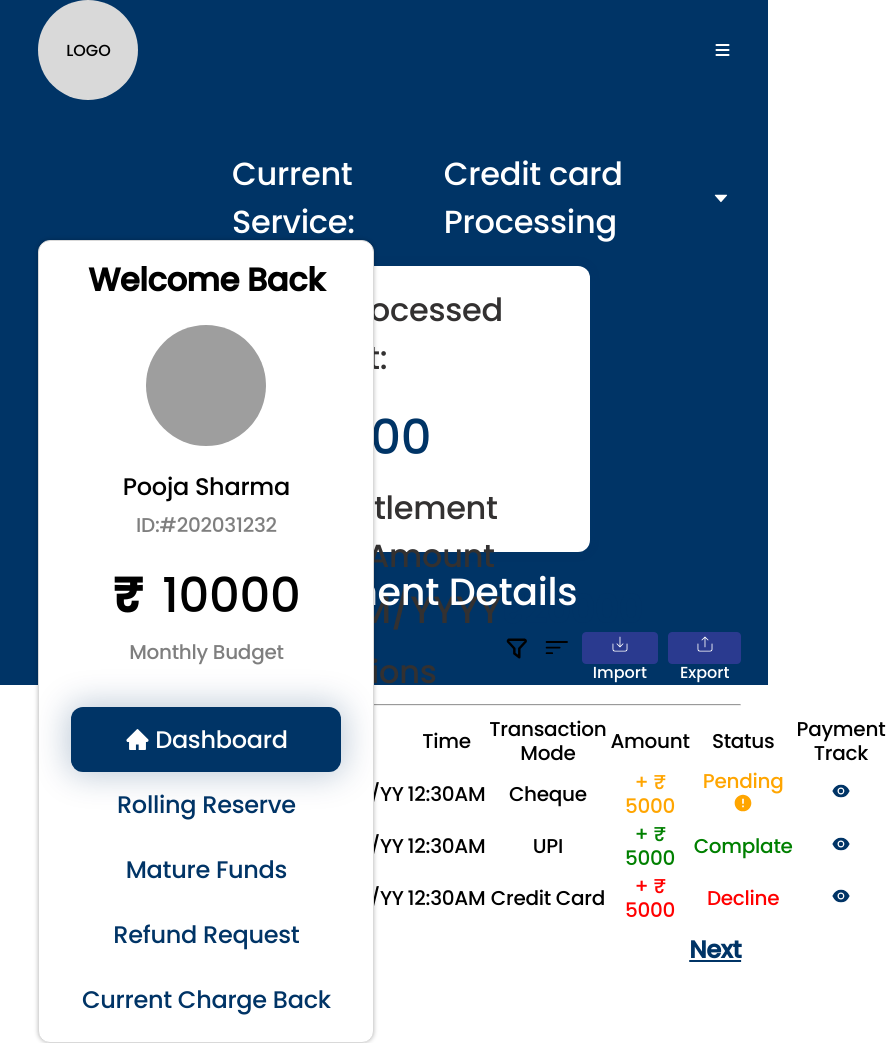
Repository: FlyweisReact/Prashant
Page: /dashboard
These files come from the project's save history. The page is drawn as it stood at one moment and after the next save; the edit follows.
The browser window is 768 px wide. The page is 888 px wide, so the pictures cover 888 px, including what lies to the right of the window. The pictures show the whole page.
Pictures or frames that could not be fetched are drawn as grey boxes. Some web libraries are served in a nearby version. The project was rebuilt for these pictures with package versions that can differ from the ones it lists, and the page was loaded fresh each time. Also part of the build but not shown: src/Pages/CryptoPayment.jsx, src/Pages/CurrentCharge.jsx, src/Styles/Login.module.css, src/Components/Login/LoginFirstSection.jsx, src/Components/Login/LoginMainSection.jsx, src/Pages/Login.jsx, src/Pages/MatureFund.jsx, src/Pages/OpenBanking.jsx and 12 more.

Above is the page before, as saved 2023-03-23 16:37:12.

### public/index.html
<!DOCTYPE html>
<html lang="en">
  <head>
    <meta charset="utf-8" />
    <link rel="icon" href="%PUBLIC_URL%/favicon.ico" />
    <meta name="viewport" content="width=device-width, initial-scale=1" />
    <meta name="theme-color" content="#000000" />
    <meta
      name="description"
      content="Web site created using create-react-app"
    />
    <link rel="apple-touch-icon" href="%PUBLIC_URL%/logo192.png" />
    <link rel="manifest" href="%PUBLIC_URL%/manifest.json" />
    <title>React App</title>
  </head>
  <body>
    <noscript>You need to enable JavaScript to run this app.</noscript>
    <div id="root"></div>
  </body>
  <style>
    @import url("https://fonts.googleapis.com/css2?family=Lilita+One&family=PT+Sans&family=Poppins:wght@500&display=swap");
  </style>
  <script src="https://kit.fontawesome.com/b533b351e4.js" crossorigin="anonymous"></script>
</html>

### src/App.css
/** @format */

.App {
  text-align: center;
}

.App-logo {
  height: 40vmin;
  pointer-events: none;
}
.font-poppins {
  font-family: "Poppins";
}

@media (prefers-reduced-motion: no-preference) {
  .App-logo {
    animation: App-logo-spin infinite 20s linear;
  }
}

.App-header {
  background-color: #282c34;
  min-height: 100vh;
  display: flex;
  flex-direction: column;
  align-items: center;
  justify-content: center;
  font-size: calc(10px + 2vmin);
  color: white;
}

.App-link {
  color: #61dafb;
}

@keyframes App-logo-spin {
  from {
    transform: rotate(0deg);
  }
  to {
    transform: rotate(360deg);
  }
}

/* Media Query */
@media (max-width: 780px) {
  .Login_MainDiv__AWrd2 {
    display: block !important;
  }
  .Login_MainDiv__AWrd2 > div {
    width: 100% !important;
    height: 700px !important;
  }
  .Login_LoginMainSection__Yyq5T > div {
    width: 100% !important;
    border-radius: 0px !important;
    box-shadow: none !important;
  }

  .Register_RegisterMainDiv__Hok-C {
    display: block !important;
    width: 100% !important;
  }

  .Register_RegisterFirstSection__0bCb6 > p {
    text-align: center;
    display: block;
    width: 500px;
  }

  .myHr {
    max-width: 400px !important;
    margin: auto !important;
    display: block !important;
  }
  .smallImage {
    width: 100% !important;
  }
  .Register_RegisterMainDiv__Hok-C > div:first-child {
    width: 100% !important;
  }
  .Register_RegisterMainDiv__Hok-C > div:last-child {
    width: 100% !important;
  }
  .Register_InputBoxMain__6Dvtf {
    margin-left: 60px;
  }

  .Register_RegisterTitle__dGsqQ {
    justify-content: center;
  }

  .RegisterTwo_RegisterMainDiv__Oc9\+U {
    display: block !important;
  }
  .RegisterTwo_RegisterMainDiv__Oc9\+U > div:first-child {
    width: 100% !important;
  }

  .RegisterTwo_RegisterMainDiv__Oc9\+U > div:last-child {
    width: 100% !important;
  }
  .sideBarNew {
    display: block !important;
  }
}

.sideBarNew {
  display: none;
}
.sideBarNew i {
  color: #fff;
}

### src/Routes/AllRoutes.jsx
import React from "react";
import { Route, Routes } from "react-router-dom";
import { CryptoPayment } from "../Pages/CryptoPayment";
import { CurrentCharge } from "../Pages/CurrentCharge";
import { Dashboard } from "../Pages/Dashboard";
import { Login } from "../Pages/Login";
import { MatureFund } from "../Pages/MatureFund";
import { OpenBanking } from "../Pages/OpenBanking";
import { OtpPage } from "../Pages/OtpPage";
import { Profile } from "../Pages/Profile";
import { RefundRequest } from "../Pages/RefundRequest";
import { Register } from "../Pages/Register";
import { RegisterTwo } from "../Pages/RegisterTwo";
import { RollingReserve } from "../Pages/RollingReserve";

export const AllRoutes = () => {
  return (
    <Routes>
      <Route path="/" element={<Login />} />
      <Route path="/verify-otp" element={<OtpPage />} />
      <Route path="/dashboard" element={<Dashboard />} />
      <Route path="/register" element={<Register />} />
      <Route path="/detail-register" element={<RegisterTwo />} />
      <Route path="/profile" element={<Profile />} />
      <Route path="/rolling-reserve" element={<RollingReserve />} />
      <Route path="/mature-fund" element={<MatureFund />} />
      <Route path="/refund-request" element={<RefundRequest />} />
      <Route path="/current-charge" element={<CurrentCharge />} />
      <Route path="open-banking-service" element={<OpenBanking />} />
      <Route path="/crypto-payment-proccessing" element={<CryptoPayment />} />
    </Routes>
  );
};

### src/Components/Dashboard/UserInfoPopUp.jsx
import React, { useState } from "react";
import styles from "../../Styles/Dashboard.module.css";
import { MdNotificationAdd } from "react-icons/md";
import { FaUserCircle } from "react-icons/fa";
import { IoSettingsOutline } from "react-icons/io5";
import { useNavigate } from "react-router-dom";
import { NotificationModal } from "../Notification/NotificationModal";
export const UserInfoPopUp = () => {
  const [openModal, setOpenModal] = useState(false);
  const navigate = useNavigate();
  const HandleModal = () => {
    setOpenModal(!openModal);
  };
  return (
    <div className={styles.logoSection}>
      <div onClick={() => navigate("/dashboard")} className={styles.Logo}>
        <p>LOGO</p>
      </div>
      <NotificationModal openModal={openModal} HandleModal={HandleModal} />
      <div className="sideBarNew">
      <i class="fa-solid fa-bars"></i>
      </div>
      <div className={styles.InfoPanel}>
        <div>
          <MdNotificationAdd
            size={35}
            color="#003466"
            style={{ cursor: "pointer" }}
            onClick={HandleModal}
          />
          <FaUserCircle
            size={35}
            color="#003466"
            style={{ cursor: "pointer" }}
            onClick={() => navigate("/profile")}
          />
          <IoSettingsOutline
            size={35}
            color="#003466"
            style={{ cursor: "pointer" }}
          />
        </div>
      </div>
    </div>
  );
};

### src/Components/SideBar.jsx
import React from "react";
import { AiFillHome } from "react-icons/ai";
import { Link, useLocation } from "react-router-dom";
import styles from "../Styles/SideBar.module.css";
export const SideBar = () => {
  const { pathname } = useLocation();
  return (
    <div className={styles.SideBarMain}>
      <h1>Welcome Back</h1>
      <div>
        <div>
          <img
            src="https://th.bing.com/th/id/OIP.2i5UaEHaQM3PYAYXQyM1AAAAAA?pid=ImgDet&rs=1"
            alt="img"
          />
          <h1>Pooja Sharma</h1>
          <p>ID:#202031232</p>
          <div className={styles.TotalBudgetDiv}>
            <h1>&#x20b9;</h1>
            <h1>10000</h1>
          </div>
          <p>Monthly Budget</p>
        </div>
      </div>
      <div className={styles.LinkBox}>
        <Link to={"/dashboard"}>
          <div
            className={
              pathname === "/dashboard" ? styles.active : styles.unactive
            }
          >
            <AiFillHome size={25} />
            <p>Dashboard</p>
          </div>
        </Link>
        <Link to={"/rolling-reserve"}>
          <div
            className={
              pathname === "/rolling-reserve" ? styles.active : styles.unactive
            }
          >
            <p>Rolling Reserve</p>
          </div>
        </Link>
        <Link to={"/mature-fund"}>
          <div
            className={
              pathname === "/mature-fund" ? styles.active : styles.unactive
            }
          >
            <p>Mature Funds</p>
          </div>
        </Link>
        <Link to={"/refund-request"}>
          <div
            className={
              pathname === "/refund-request" ? styles.active : styles.unactive
            }
          >
            <p>Refund Request</p>
          </div>
        </Link>
        <Link to={"/current-charge"}>
          <div
            className={
              pathname === "/current-charge" ? styles.active : styles.unactive
            }
          >
            <p>Current Charge Back</p>
          </div>
        </Link>
      </div>
    </div>
  );
};

### src/Components/TotalAmountSection.jsx
import React from "react";
import styles from "../Styles/TotalAmountSection.module.css";
export const TotalAmountSection = () => {
  return (
    <div className={styles.MainDiv}>
      <h1>Total Processed Amount:</h1>
      <div className={styles.TotalBudgetDiv}>
        <h1>&#x20b9;</h1>
        <h1>10000</h1>
      </div>
      <h1>Last Settlement Date & Amount</h1>
      <div className={styles.DateSection}>
        <div>
          <p>DD/MM/YYYY</p>
          <h2>&#x20b9;{20000}</h2>
        </div>
      </div>
    </div>
  );
};

### src/Styles/Dashboard.module.css
.Main{
width: 100%;
height: 685px;
background: #003466;
position: relative;
}
.topDiv{
    width: 90%;
    margin:auto;

}
.logoSection{
    width: 100%;
    display: flex;
    align-items: center;
    justify-content: space-between;
}
.Logo{
    display: flex;
    cursor: pointer;
    justify-content: center;
    align-items: center;
    width: 135px;
height: 135px;
margin-top: 63px;
background: #D9D9D9;
border-radius: 50%;
}

.InfoPanel{
    margin-top: 63px;
    width: 85%;
height: 129px;
background: #FFFFFF;
border-radius: 12px;
display: flex;
justify-content: flex-end;
align-items: center;
}
.InfoPanel>div{
    display: flex;
    gap: 30px;
    margin: 20px;
}
.TotalAmountMainDiv{

    width: 100%;
    height: 500px;
    display: flex;
    justify-content: flex-end;
}
.TotalAmountMainDiv>div>p{
    font-family: 'Poppins';
font-style: normal;
font-weight: 500;
font-size: 38px;
line-height: 60px;
/* identical to box height */
margin-top: 10px;
letter-spacing: -0.28px;
color: #FFFFFF;
}
.TotalAmountMainDiv>div{
    width: 72%;
    margin-top: 50px;
}
.TotalAmountMainDiv>div>div>p,.TotalAmountMainDiv>div>div>div>p{
font-family: 'Poppins';
font-style: normal;
font-weight: 500;
font-size: 32px;
line-height: 48px;
/* identical to box height */
margin: 0;
letter-spacing: -0.28px;

color: #FFFFFF;
}
.TotalAmountMainDiv>div>div{
    display: flex;
    gap: 30px;
}
.TotalAmountMainDiv>div>div>div{
    display: flex;
    align-items: center;
    gap: 10px;
}
.TableMainSection{
    display: flex;
    justify-content: flex-end;
}
.TableMainSection>div{
    width: 70%;

}
.TableMainSection>div>div{
    width: 95%;
}
.TableTitle{
display: flex;
align-items: center;
justify-content: space-between;
}
.TableTitle>h1{
    font-family: 'Poppins';
font-style: normal;
font-weight: 500;
font-size: 32px;
line-height: 48px;
/* identical to box height */
margin: 0;
letter-spacing: -0.28px;

color: #333131;
}
.TableTitle>div{
    display: flex;
    align-items: center;
    gap: 10px;
}
.TableTitle>div>button{

    /* width: 80px; */
height: 32px;
background: #2A3A8F;
border: 1px solid #2A3A8F;
border-radius: 4px;
color: white;
font-family: 'Poppins';
font-style: normal;
font-weight: 400;
font-size: 16px;
cursor: pointer;
line-height: 24px;
/* margin: 0; */
}
.TableDiv{
    width: 100%;
}
.TableDiv>table{
    width: 100%;
}
.TableDiv>table tr th{
    text-align: center;

    font-family: 'Poppins';
font-style: normal;
font-weight: 500;
font-size: 20px;
line-height: 24px;
letter-spacing: -0.28px;

color: #000000;
}
.TableDiv>table tr td{
    height: 40px;
    text-align: center;
    font-family: 'Poppins';
font-style: normal;
font-weight: 400;
font-size: 20px;
line-height: 24px;
letter-spacing: -0.28px;

/* color: #272727; */
}
.pending{
    color: orange;
}
.decline{
    color: red;
}
.complate{
    color: green;
}
.NextLink{
    display: flex;
    justify-content: flex-end;
}
.NextLink>a{
    font-family: 'Poppins';
    font-style: normal;
    font-weight: 600;
    font-size: 24px;
    line-height: 30px;
    /* identical to box height */
    margin-top: 10px;
    letter-spacing: -0.28px;
    text-decoration-line: underline;

    color: #003466;
}




@media  (max-width : 780px) {
    .InfoPanel{
        display: none;
    }
    .Logo{
        width: 100px;
        height: 100px;
        margin-top: 0px;
    }


}

### src/Components/CardProccessingModal.jsx
import React from "react";
import { MdOutlineClose } from "react-icons/md";
import { Link } from "react-router-dom";
import styles from "../Styles/CardProccessingModal.module.css";
export const CardProccessingModal = ({ OpenModal, HandleModal }) => {
  console.log(OpenModal);
  return (
    <div className={OpenModal ? styles.modalVisible : styles.modal}>
      <div className={styles.ModalMainDiv}>
        <MdOutlineClose
          onClick={() => HandleModal()}
          size={25}
          className={styles.CloseICon}
        />
        <div>
          <Link to={""}>Credit Card Processing</Link>
          <hr />
          <Link to={"/open-banking-service"}>Open Banking Service</Link>
          <hr />
          <Link to={"/crypto-payment-proccessing"}>
            Crypto payment processing
          </Link>
        </div>
      </div>
    </div>
  );
};

### src/Components/Notification/NotificationModal.jsx
import React from "react";
import { AiOutlineClose } from "react-icons/ai";
import styles from "../../Styles/Notification.module.css";
import { BsThreeDotsVertical } from "react-icons/bs";
export const NotificationModal = ({ openModal, HandleModal }) => {
  const data = [
    {
      img: "https://th.bing.com/th/id/OIP.2i5UaEHaQM3PYAYXQyM1AAAAAA?pid=ImgDet&rs=1",
      title: "Morem ipsum dolor sit amet, consectetur adipiscing elit.",
      desc: "Morem ipsum dolor sit amet, consectetur .",
      day: "yesterday",
      time: "10:30 AM",
    },
    {
      img: "https://th.bing.com/th/id/OIP.2i5UaEHaQM3PYAYXQyM1AAAAAA?pid=ImgDet&rs=1",
      title: "Morem ipsum dolor sit amet, consectetur adipiscing elit.",
      desc: "Morem ipsum dolor sit amet, consectetur .",
      day: "yesterday",
      time: "10:30 AM",
    },
    {
      img: "https://th.bing.com/th/id/OIP.2i5UaEHaQM3PYAYXQyM1AAAAAA?pid=ImgDet&rs=1",
      title: "Morem ipsum dolor sit amet, consectetur adipiscing elit.",
      desc: "Morem ipsum dolor sit amet, consectetur .",
      day: "yesterday",
      time: "10:30 AM",
    },
  ];
  return (
    <div className={openModal ? styles.modalVisible : styles.modal}>
      <div className={styles.ModalMainDiv}>
        <AiOutlineClose
          onClick={HandleModal}
          size={25}
          className={styles.CloseIcon}
        />
        <div className={styles.titleDiv}>
          <h1>Notification</h1>
          <BsThreeDotsVertical size={25} />
        </div>
        <hr style={{ height: "3px", background: "black" }} />
        <p>Today's</p>
        {data.map((ele) => (
          <>
            <div className={styles.NotificationDiv}>
              <div>
                <img src={ele.img} alt="img" />
              </div>
              <div>
                <h1>{ele.title}</h1>
                <p>{ele.desc}</p>
                <div>
                  <p>{ele.day}</p>
                  <span className={styles.Time}>{ele.time}</span>
                </div>
              </div>
            </div>
            <hr style={{ height: "2px", background: "grey" }} />
          </>
        ))}
      </div>
    </div>
  );
};

### src/Styles/SideBar.module.css
.SideBarMain{
    position: absolute;
    width: 314px;
/* height: 789px; */
left: 25%px;
top: 35%;
background: #FFFFFF;
border: 1px solid #D9D9D9;
box-shadow: 0px 0px 4px rgba(0, 0, 0, 0.25);
border-radius: 12px;
padding: 10px;
}
.SideBarMain>h1{
    text-align: center;
    font-family: 'Poppins';
font-style: normal;
font-weight: 700;
font-size: 32px;
margin-top: 5px;
letter-spacing: -0.28px;
}
.SideBarMain>div{
    width: 100%;
    display: flex;
    align-items: center;
    justify-content: center;
}
.SideBarMain>div>div{
    text-align: center;
}
.SideBarMain>div>div>img{
    width: 120px;
height: 121px;
    border-radius: 50%;
}
.SideBarMain>div>div>h1{
    font-family: 'Poppins';
font-style: normal;
font-weight: 500;
font-size: 24px;
letter-spacing: -0.28px;
}
.SideBarMain>div>div>p{
    font-family: 'Poppins';
font-style: normal;
margin-top: -10px;
font-weight: 300;
font-size: 20px;
line-height: 30px;
letter-spacing: -0.28px;
color: rgba(0, 0, 0, 0.5);
}
.TotalBudgetDiv{
    display: flex;
    align-items: center;
    gap: 20px;
    margin: 15px;
}
.TotalBudgetDiv>h1:first-child{
    font-family: 'Poppins';
font-style: normal;
font-weight: 700;
font-size: 48px;
line-height: 72px;
letter-spacing: -0.28px;
}
.TotalBudgetDiv>h1{
    font-family: 'Poppins';
    font-style: normal;
    font-weight: 500;
    font-size: 48px;
    line-height: 72px;
    margin: 0;
    letter-spacing: -0.28px;
}
.LinkBox{
    display: flex;
    flex-direction: column;
    margin-top: 20px;
}
.LinkBox>a{
    text-decoration: none;
}
.active{
    width: 250px;
    height: 65px;
    padding-left: 10px;
    padding-right: 10px;
    background: #003466;
    box-shadow: 0px 0px 32px 4px rgba(0, 52, 102, 0.25);
    border-radius: 12px;
    display: flex;
    color: white;
    justify-content: center;
    align-items: center;
    gap: 5px;

}
.unactive{
    width: 250px;
    height: 65px;
    display: flex;

    color:#003466;
    justify-content: center;
    align-items: center;
    gap: 5px;
}
.unactive,.active >p{
    font-family: 'Poppins';
font-style: normal;
font-weight: 500;
font-size: 24px;
line-height: 36px;
letter-spacing: -0.28px;
}

### src/Styles/TotalAmountSection.module.css
.MainDiv{
    display:flex;
    flex-direction: column;
    margin-top: 20px;
    width: 72%;
height: 286px;
background: #FFFFFF;
box-shadow: 0px 0px 10px rgba(0, 52, 102, 0.3);
border-radius: 12px;
}
.MainDiv>h1{
    font-family: 'Poppins';
    font-style: normal;
    font-weight: 500;
    font-size: 32px;
    line-height: 48px;
    letter-spacing: -0.28px;
    color: #333131;
    margin: 20px;
}
.TotalBudgetDiv{
    display: flex;
    align-items: center;
    gap: 30px;
    margin-left: 20px;
  margin-top: -30px;
  margin-bottom: -40px;
}
.TotalBudgetDiv>h1:first-child{
    font-family: 'Poppins';
font-style: normal;
font-weight: 700;
margin: 0;
font-size: 50px;
line-height: 72px;
letter-spacing: -0.28px;
color: #003466;
}
.TotalBudgetDiv>h1{
    font-family: 'Poppins';
    font-style: normal;
    font-weight: 500;
    font-size: 48px;
    line-height: 72px;
    margin: 0;
    letter-spacing: -0.28px;
    color: #003466;
}
.DateSection>div{
    width: 80%;
    margin-top: -50px;
    /* background-color: rebeccapurple; */
    display: flex;
    justify-content: space-between;
    align-items: center;
    margin-left: 20px;
}
.DateSection>div>p{
   font-family: 'Poppins';
font-style: normal;
font-weight: 500;
font-size: 38px;
line-height: 60px;
/* identical to box height */
margin: 0;
letter-spacing: -0.28px;
color: #333131;
}
.DateSection>div>h2{
    margin: 0;
    font-family: 'Poppins';
font-style: normal;
font-weight: 600;
font-size: 38px;
line-height: 60px;
letter-spacing: -0.28px;
color: #003466;
}

### src/Styles/CardProccessingModal.module.css
.modal{
    display: none;
  position: fixed;
  z-index: 1;
  left: 0%;
  top: 0;
  width: 100%;
  height: 100%;
  overflow: auto;
  background-color: rgb(0,0,0);
  background-color: rgba(0,0,0,0.4);
}
.modalVisible{
    display :block;
    position: fixed;
    z-index: 1;
    left: 0%;
    top: 0;
    width: 100%;
    height: 100%;
    /* margin-bottom: 20px; */
    overflow: auto;
    background-color: rgb(0,0,0);
    background-color: rgba(0,0,0,0.4);
}
.CloseICon{
    position: absolute;
    right: 3%;
    top: 5%;
    cursor: pointer;
}
.MainTitle{
    display: flex;
    border: 1px solid blue;
}
.ModalMainDiv{
    position:absolute;
    margin: auto;
    /* width: 435px; */
height: 221px;
background: #FFFFFF;
border-radius: 4px;

    top: 38%;
    left: 60%;

}
.ModalMainDiv>div{
    margin: 30px;
}
.ModalMainDiv>div>a{
    text-decoration: none;
    height: 50px;
    font-family: 'Poppins';
font-style: normal;
font-weight: 500;
font-size: 32px;
line-height: 40px;
letter-spacing: -0.28px;

color: #333333;
}

### src/Styles/Notification.module.css
.modal{
    display: none;
  position: fixed;
  z-index: 1;
  left: 0%;
  top: 0;
  width: 100%;
  height: 100%;
  overflow: auto;
  background-color: rgb(0,0,0);
  background-color: rgba(0,0,0,0.4);
}
.modalVisible{
    display :block;
    position: fixed;
    z-index: 1;
    left: 0%;
    top: 0;
    width: 100%;
    height: 100%;
    overflow: auto;
    background-color: rgb(0,0,0);
    background-color: rgba(0,0,0,0.4);
}
.ModalMainDiv{
    position:absolute;
    margin: auto;
    top: 20%;
    right: 15%;
    padding: 30px;
    width: 519px;
/* height: 811px; */
background: #FFFFFF;


}

.CloseIcon{

    position: absolute;
    right: 2%;
    top: 2%;
    cursor: pointer;
}

.ModalMainDiv>button{
height: 64px;
display: block;
width: 360px;
margin: auto;
margin-top: 50px;
background: #2A3A8F;
border-radius: 16px;
border: none;
font-family: 'Poppins';
font-style: normal;
font-weight: 700;
font-size: 20px;
line-height: 30px;
cursor: pointer;
color: white;
}

.titleDiv{
    margin-top: 5px;
    display: flex;
    align-items: center;
    justify-content: space-between;
}
.titleDiv>h1{

font-family: 'Poppins';
font-style: normal;
font-weight: 500;
font-size: 24px;
line-height: 18px;
letter-spacing: -0.28px;
color: #000000;
}
.ModalMainDiv>p{
    font-family: 'Poppins';
font-style: normal;
font-weight: 500;
font-size: 20px;
line-height: 18px;
letter-spacing: -0.28px;
color: #000000;

}
.NotificationDiv{
    display: flex;
align-items: center;
gap: 20px;
}
.NotificationDiv>div>img{
    width: 60px;
height: 60px;
border-radius: 50%;
}
.NotificationDiv>div>h1{
    font-family: 'Poppins';
font-style: normal;
font-weight: 400;
font-size: 16px;
line-height: 18px;
letter-spacing: -0.28px;
width: 70%;
}
.NotificationDiv>div>p{
    font-family: 'Poppins';
font-style: normal;
font-weight: 300;
font-size: 10px;
line-height: 18px;
letter-spacing: -0.28px;

color: rgba(0, 0, 0, 0.5);
}
.NotificationDiv>div>div{
    display: flex;
    justify-content: space-between;
    align-items: center;
}
.NotificationDiv>div>div>p{
    font-family: 'Poppins';
font-style: normal;
font-weight: 400;
font-size: 12px;
line-height: 18px;
letter-spacing: -0.28px;
margin: 0;
color: rgba(0, 0, 0, 0.5);
}
.Time{
    font-family: 'Poppins';
    font-style: normal;
    font-weight: 400;
    font-size: 12px;
    line-height: 18px;
    letter-spacing: -0.28px;
    color:  #003466;
}

Loaded but not shown: src/index.js (common file); src/index.css (common file); src/reportWebVitals.js (common file); src/App.js (13 lines, source omitted); src/Pages/Dashboard.jsx (184 lines, source omitted); src/Components/PaymentPendingModal.jsx (96 lines, source omitted); src/Styles/PaymentPendingModal.module.css (195 lines, source omitted); src/Styles/DeclineModal.module.css (195 lines, source omitted); src/Components/DeclineModal.jsx (90 lines, source omitted)

After the next save:
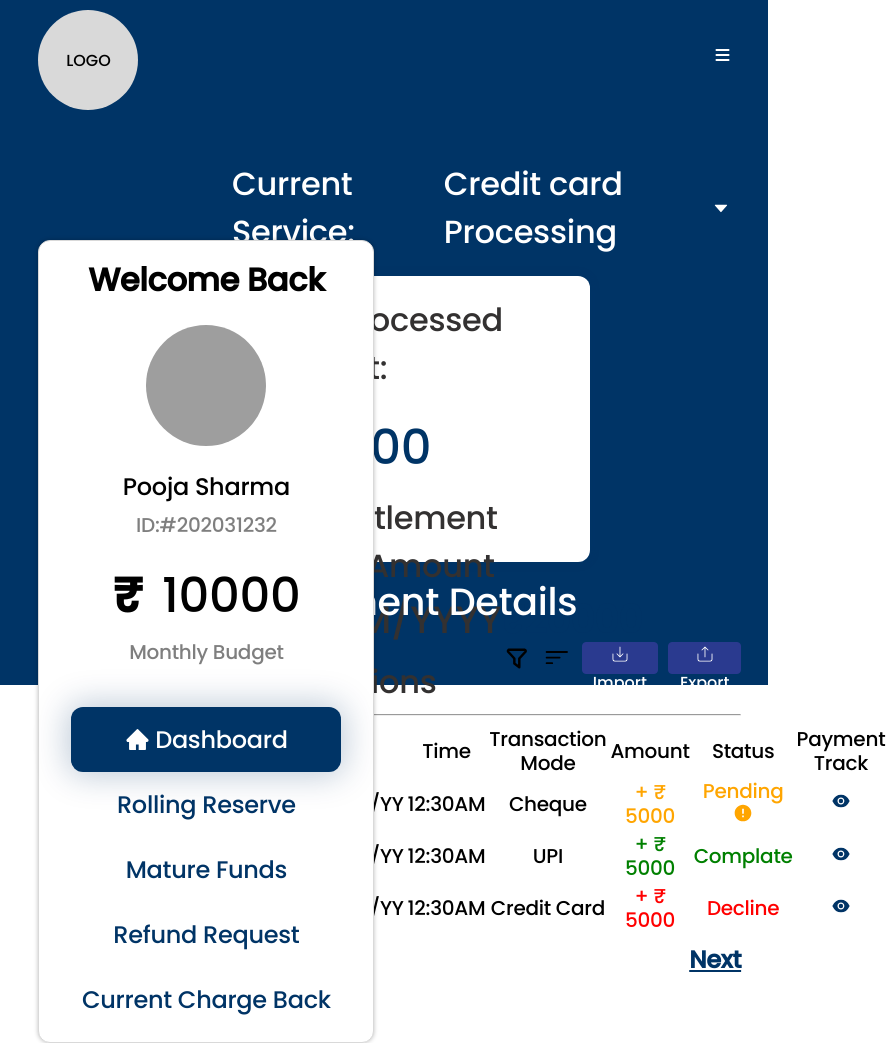
Saved 4 s later.
--- a/src/Styles/Dashboard.module.css
+++ b/src/Styles/Dashboard.module.css
@@ -201,7 +201,7 @@ letter-spacing: -0.28px;
     .Logo{
         width: 100px;
         height: 100px;
-        margin-top: 0px;
+        margin-top: 10px;
     }
 
 
